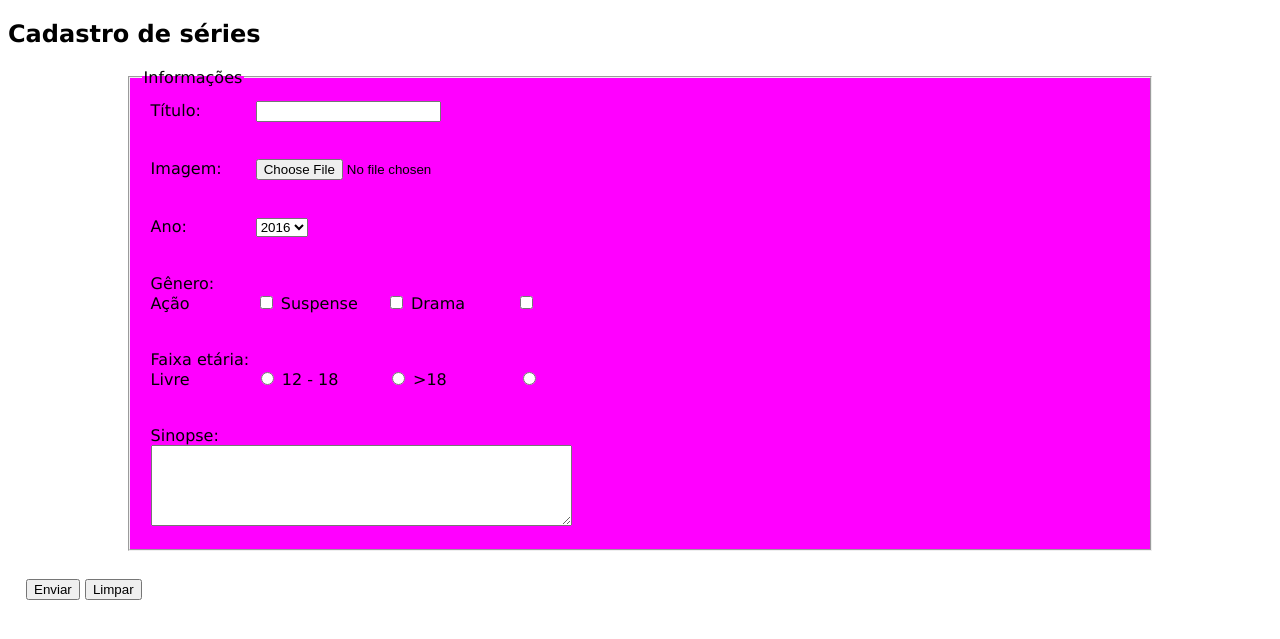
Repository: shamanickCoder/FIAP
Page: Desenvolvimentos de Sistemas Web/1 semestre/Javascript/CSS-AULAS/09-CSS/WebContent/cadastro.html
These files come from the project's save history. The page is drawn as it stood at one moment and after the next save; the edit follows.
The browser window is 1280 px wide. The pictures show the whole page.

Above is the page before, as saved 2016-03-30 11:54:36.

### Desenvolvimentos de Sistemas Web/1 semestre/Javascript/CSS-AULAS/09-CSS/WebContent/cadastro.html
<!DOCTYPE html>
<html>
<head>
<meta charset="UTF-8">
<link href = "estilo.css" type = "text/css" rel = "stylesheet">
<title>Cadastro de séries</title>
</head>
<body>
<h2>Cadastro de séries</h2>
<div class = "campo">
<form action = "cadastro" method = "post">
 <fieldset>
  <legend>Informações</legend>
  <div class = "campo">
   <label for = "titulo">Título:</label>
   <input type = "text" name = "titulo" id = "titulo">
  </div>
  <br>
  <div class = "campo">
   <label for = "imagem">Imagem:</label>
   <input type = "file" value = "Procurar" name = "imagem" id = "imagem">
  </div>
  <br>
  <div class = "campo">
   <label for = "ano">Ano:</label>
   <select name = "ano" id = "ano">
    <option>2016</option>
    <option>2015</option>
    <option>2014</option>
    <option>2013</option>
    <option>2012</option>
   </select>
  </div>
  <br>
  <div class = "campo">
   Gênero:
   <br>
   <label for = "acao">Ação</label> <input type = "checkbox" name = "acao" id = "acao">
   <label for = "suspense">Suspense</label> <input type = "checkbox" name = "suspense" id = "suspense">
   <label for = "drama">Drama</label> <input type = "checkbox" name = "drama" id = "drama">
  </div>
  <br>
  <div class = "campo">
   Faixa etária:
   <br>
   <label for = "livre">Livre</label> <input type = "radio" name = "faixa" id = "livre">
   <label for = "doze">12 - 18</label> <input type = "radio" name = "faixa" id = "doze">
   <label for = "dezoito">>18</label> <input type = "radio" name = "faixa" id = "dezoito">
  </div>
  <br>
  <div class = "campo">
   <label for = "sinopse">Sinopse:</label>
   <br>
   <textarea rows = "5" cols = "50" id = "sinopse" name = "sinopse"></textarea>
  </div>
 </fieldset>
 <br>
 <div class = "campo">
  <input type = "submit" value = "Enviar">
  <input type = "reset" value = "Limpar">
 </div>
</form>
</div>
</body>
</html>

### Desenvolvimentos de Sistemas Web/1 semestre/Javascript/CSS-AULAS/09-CSS/WebContent/estilo.css
body {
	font-family: Verdana, Sans-serif;
}
.campo {
	margin: 9px;
}
fieldset {
	background-color: fuchsia;
	width: 80%; /*largura*/
	margin: auto; /*centralizar*/
}
label {
	width: 100px;
	display: inline-block; /*para a largura (width) funcionar*/
}

After the next save:
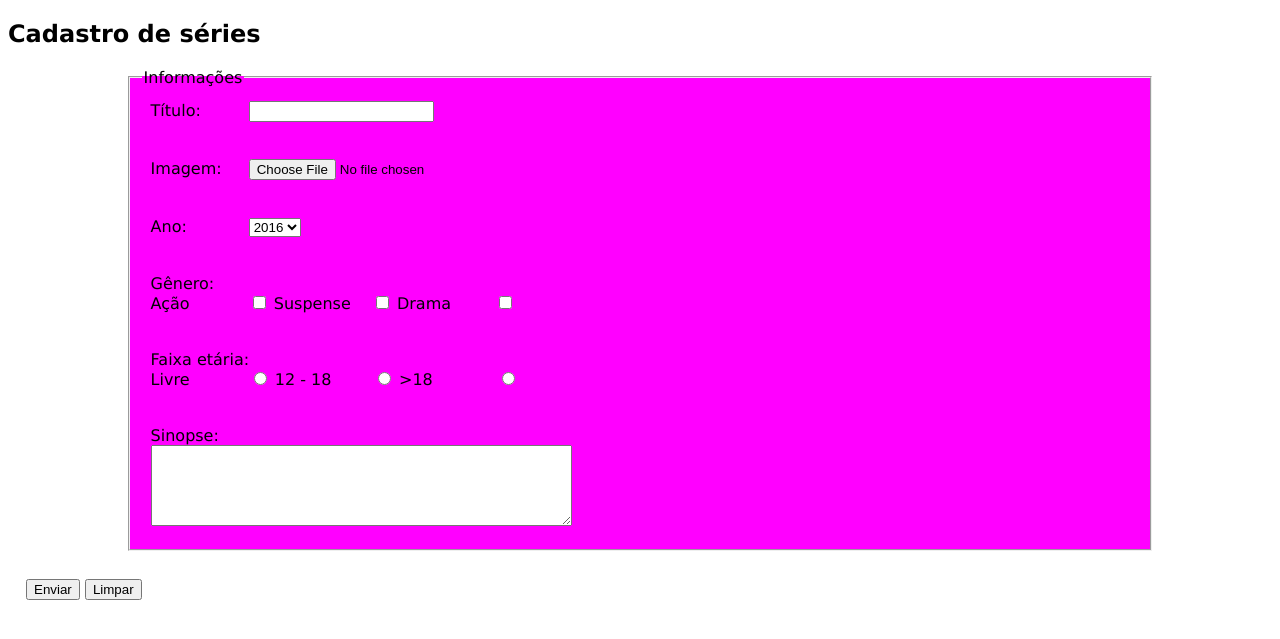
Saved 10 s later.
--- a/Desenvolvimentos de Sistemas Web/1 semestre/Javascript/CSS-AULAS/09-CSS/WebContent/estilo.css
+++ b/Desenvolvimentos de Sistemas Web/1 semestre/Javascript/CSS-AULAS/09-CSS/WebContent/estilo.css
@@ -10,6 +10,6 @@ fieldset {
 	margin: auto; /*centralizar*/
 }
 label {
-	width: 100px;
+	width: 93px;
 	display: inline-block; /*para a largura (width) funcionar*/
 }
